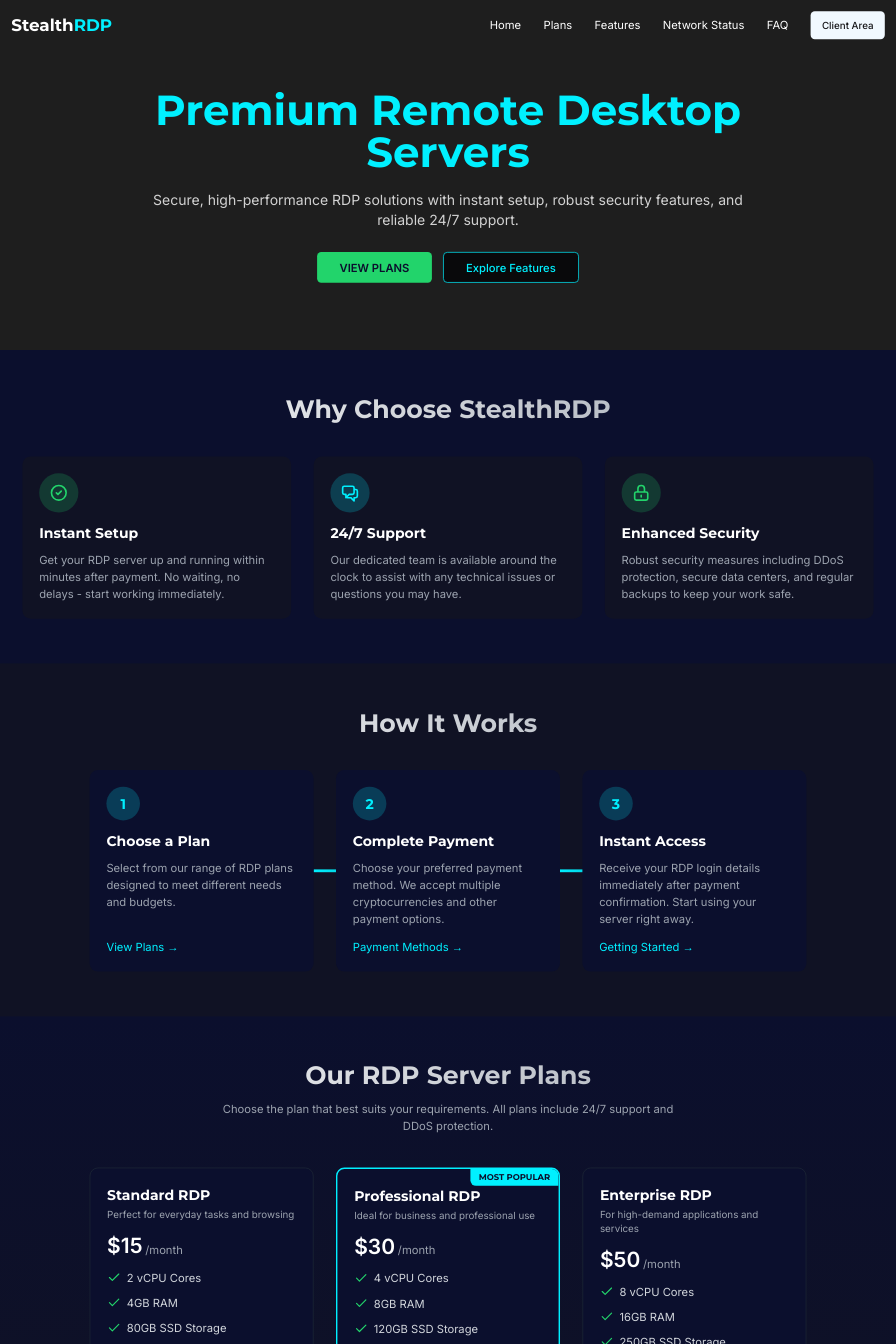
Repository: Husnainn01/stealthrdp2
Page: /
The author's editor kept a copy of each file at every save. The page is drawn from the files as they stood at one save, then again after the next save.
The browser window is 1280 px wide. The pictures show the part of the page from y = 0 to 1920 px (the page is 2945 px tall), at 70% of full size.
The project was rebuilt for these pictures with package versions that can differ from the ones it lists, and the page was loaded fresh each time. Also part of the build but not shown: vite.config.ts, src/components/ui/tooltip.tsx, src/components/ui/accordion.tsx, src/pages/FAQ.tsx, src/components/ui/card.tsx, src/components/ui/tabs.tsx, src/pages/Plans.tsx, src/pages/Features.tsx and 1 more.

Above is the page before, as saved 2025-05-05 23:04:33.

After the next save:
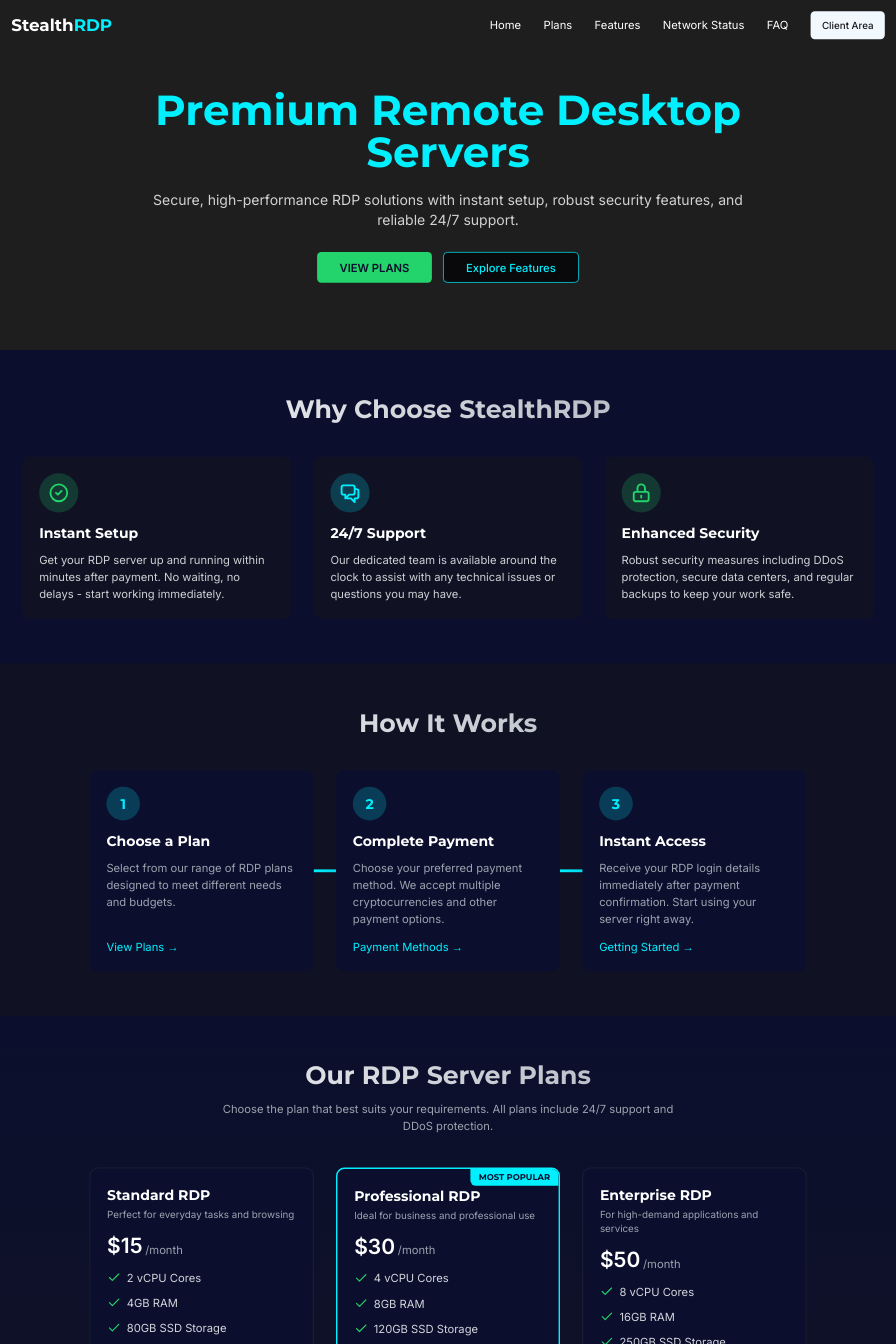
Saved 15 s later.
--- a/src/pages/Index.tsx
+++ b/src/pages/Index.tsx
@@ -44,12 +44,12 @@
             {/* Benefit 1 */}
             <div className="bg-charcoal rounded-xl p-6 card-hover">
               <div className="w-14 h-14 rounded-full bg-cyber/20 flex items-center justify-center mb-4">
-                <svg xmlns="http://www.w3.org/2000/svg" className="h-7 w-7 text-cyber" fill="none" viewBox="0 0 24 24" stroke="currentColor">
-                  <path strokeLinecap="round" strokeLinejoin="round" strokeWidth={2} d="M9 12l2 2 4-4m6 2a9 9 0 11-18 0 9 9 0 0118 0z" />
+                <svg xmlns="http://www.w3.org/2000/svg" className="h-8 w-8 text-cyber" fill="none" viewBox="0 0 24 24" stroke="currentColor" strokeWidth={2}>
+                  <path strokeLinecap="round" strokeLinejoin="round" d="M9 12l2 2 4-4m6 2a9 9 0 11-18 0 9 9 0 0118 0z" />
                 </svg>
               </div>
               <h3 className="text-xl font-bold font-montserrat text-white mb-3">Instant Setup</h3>
-              <p className="text-gray-400">
+              <p className="text-white/80">
                 Get your RDP server up and running within minutes after payment. No waiting, no delays - start working immediately.
               </p>
             </div>
@@ -57,12 +57,12 @@
             {/* Benefit 2 */}
             <div className="bg-charcoal rounded-xl p-6 card-hover">
               <div className="w-14 h-14 rounded-full bg-electric/20 flex items-center justify-center mb-4">
-                <svg xmlns="http://www.w3.org/2000/svg" className="h-7 w-7 text-electric" fill="none" viewBox="0 0 24 24" stroke="currentColor">
-                  <path strokeLinecap="round" strokeLinejoin="round" strokeWidth={2} d="M17 8h2a2 2 0 012 2v6a2 2 0 01-2 2h-2v4l-4-4H9a1.994 1.994 0 01-1.414-.586m0 0L11 14h4a2 2 0 002-2V6a2 2 0 00-2-2H5a2 2 0 00-2 2v6a2 2 0 002 2h2v4l.586-.586z" />
+                <svg xmlns="http://www.w3.org/2000/svg" className="h-8 w-8 text-electric" fill="none" viewBox="0 0 24 24" stroke="currentColor" strokeWidth={2}>
+                  <path strokeLinecap="round" strokeLinejoin="round" d="M17 8h2a2 2 0 012 2v6a2 2 0 01-2 2h-2v4l-4-4H9a1.994 1.994 0 01-1.414-.586m0 0L11 14h4a2 2 0 002-2V6a2 2 0 00-2-2H5a2 2 0 00-2 2v6a2 2 0 002 2h2v4l.586-.586z" />
                 </svg>
               </div>
               <h3 className="text-xl font-bold font-montserrat text-white mb-3">24/7 Support</h3>
-              <p className="text-gray-400">
+              <p className="text-white/80">
                 Our dedicated team is available around the clock to assist with any technical issues or questions you may have.
               </p>
             </div>
@@ -70,12 +70,12 @@
             {/* Benefit 3 */}
             <div className="bg-charcoal rounded-xl p-6 card-hover">
               <div className="w-14 h-14 rounded-full bg-cyber/20 flex items-center justify-center mb-4">
-                <svg xmlns="http://www.w3.org/2000/svg" className="h-7 w-7 text-cyber" fill="none" viewBox="0 0 24 24" stroke="currentColor">
-                  <path strokeLinecap="round" strokeLinejoin="round" strokeWidth={2} d="M12 15v2m-6 4h12a2 2 0 002-2v-6a2 2 0 00-2-2H6a2 2 0 00-2 2v6a2 2 0 002 2zm10-10V7a4 4 0 00-8 0v4h8z" />
+                <svg xmlns="http://www.w3.org/2000/svg" className="h-8 w-8 text-cyber" fill="none" viewBox="0 0 24 24" stroke="currentColor" strokeWidth={2}>
+                  <path strokeLinecap="round" strokeLinejoin="round" d="M12 15v2m-6 4h12a2 2 0 002-2v-6a2 2 0 00-2-2H6a2 2 0 00-2 2v6a2 2 0 002 2zm10-10V7a4 4 0 00-8 0v4h8z" />
                 </svg>
               </div>
               <h3 className="text-xl font-bold font-montserrat text-white mb-3">Enhanced Security</h3>
-              <p className="text-gray-400">
+              <p className="text-white/80">
                 Robust security measures including DDoS protection, secure data centers, and regular backups to keep your work safe.
               </p>
             </div>
